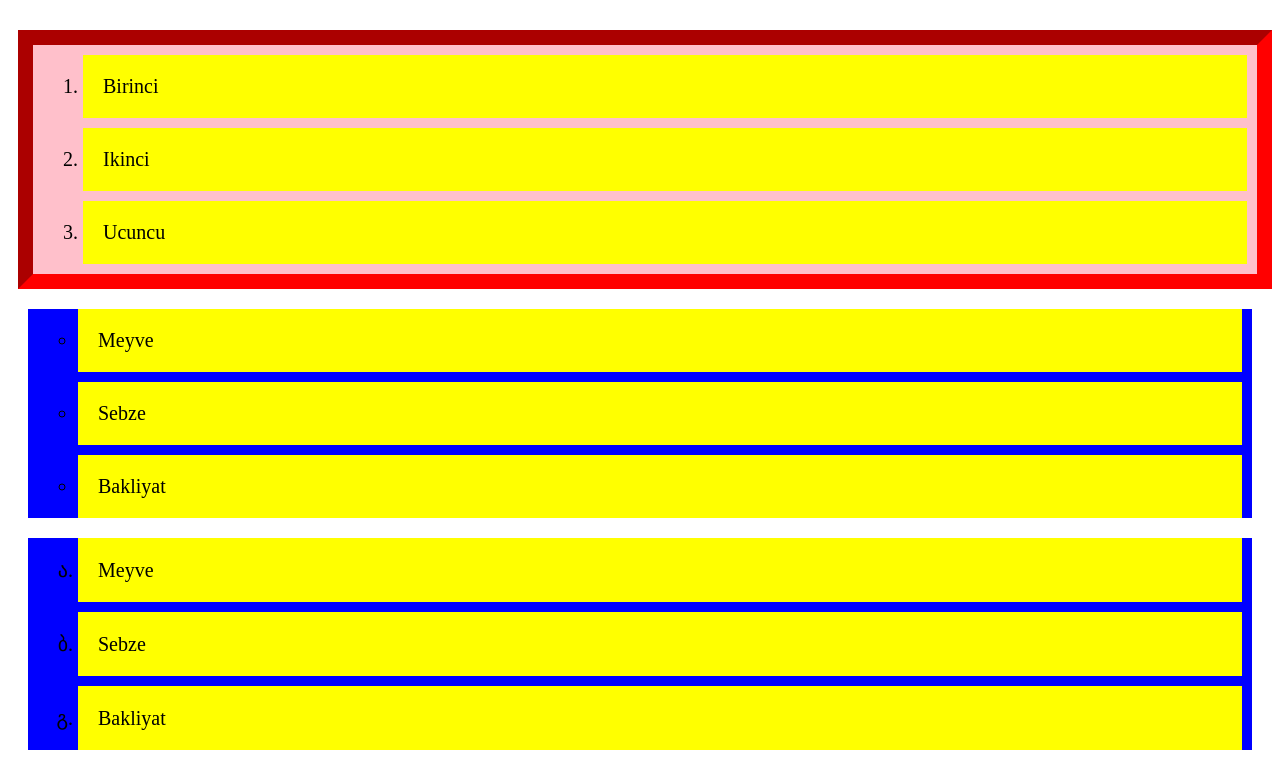
Repository: Kubraaygun/Html_Css_Login
Page: index.html
The author's editor kept a copy of each file at every save. The page is drawn from the files as they stood at one save, then again after the next save.
The browser window is 1280 px wide. The pictures show the whole page.

Above is the page before, as saved 2025-03-05 17:17:51.

### index.html
<!DOCTYPE html>
<html lang="en">
  <head>
    <meta charset="UTF-8" />
    <meta name="viewport" content="width=device-width, initial-scale=1.0" />
    <title>HTML</title>
    <link rel="stylesheet" href="style.css" />
  </head>

  <body>
    <!-- Sirali -->
    <ol>
      <li>Birinci</li>
      <li>Ikinci</li>
      <li>Ucuncu</li>
    </ol>

    <!-- Sirasiz Liste -->
    <ul style="list-style-type: circle">
      <li>Meyve</li>
      <li>Sebze</li>
      <li>Bakliyat</li>
    </ul>
    <ul style="list-style-type: georgian">
      <li>Meyve</li>
      <li>Sebze</li>
      <li>Bakliyat</li>
    </ul>
  </body>
</html>

### style.css
body {
  font-size: 20px;
}
.h1:hover {
  background-color: purple;
}
#h1:hover {
  color: purple;
}
.link:hover {
  text-decoration: none;
}

ol {
  background-color: pink;
  margin: 30px 0 20px 10px;
  border: 15px inset red;
}

ul {
  background-color: blue;
  margin: 20px;
}
li {
  background-color: yellow;
  padding: 20px;
  margin: 10px;
}

After the next save:
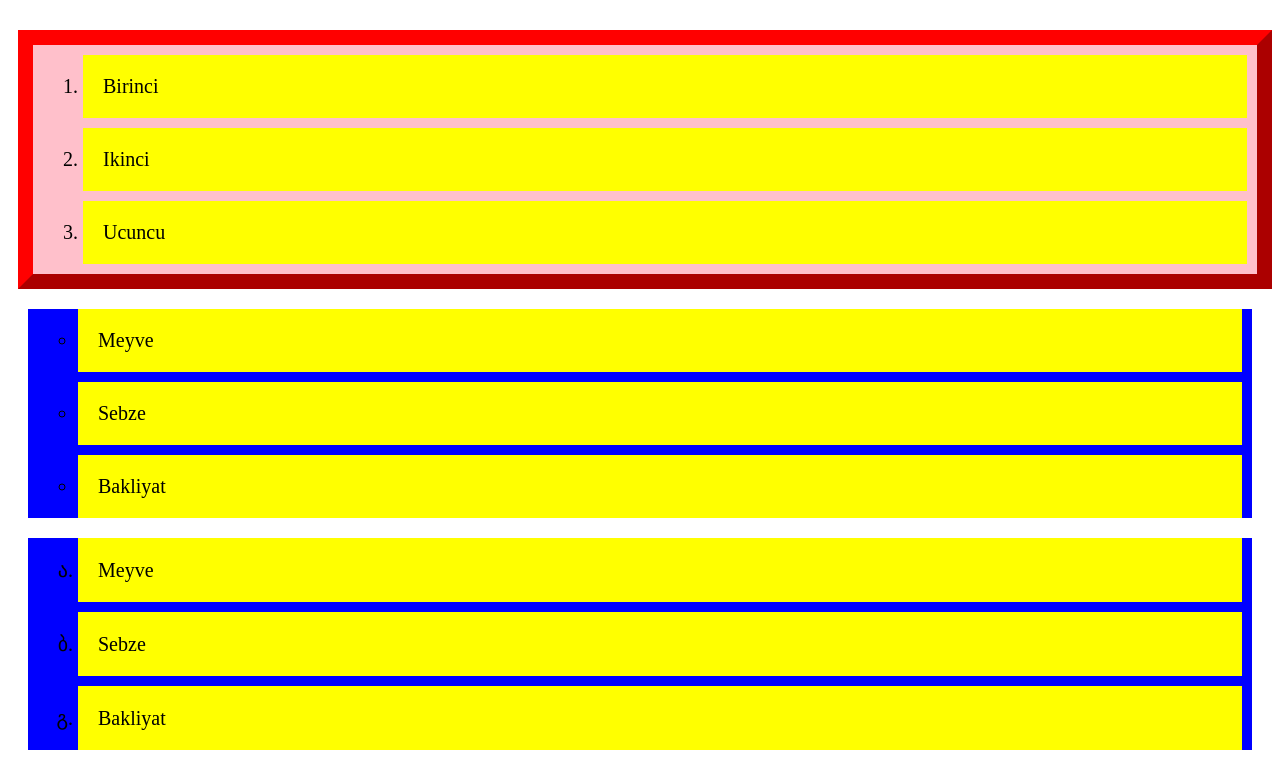
Saved 8 s later.
--- a/style.css
+++ b/style.css
@@ -14,7 +14,7 @@ body {
 ol {
   background-color: pink;
   margin: 30px 0 20px 10px;
-  border: 15px inset red;
+  border: 15px outset red;
 }
 
 ul {
